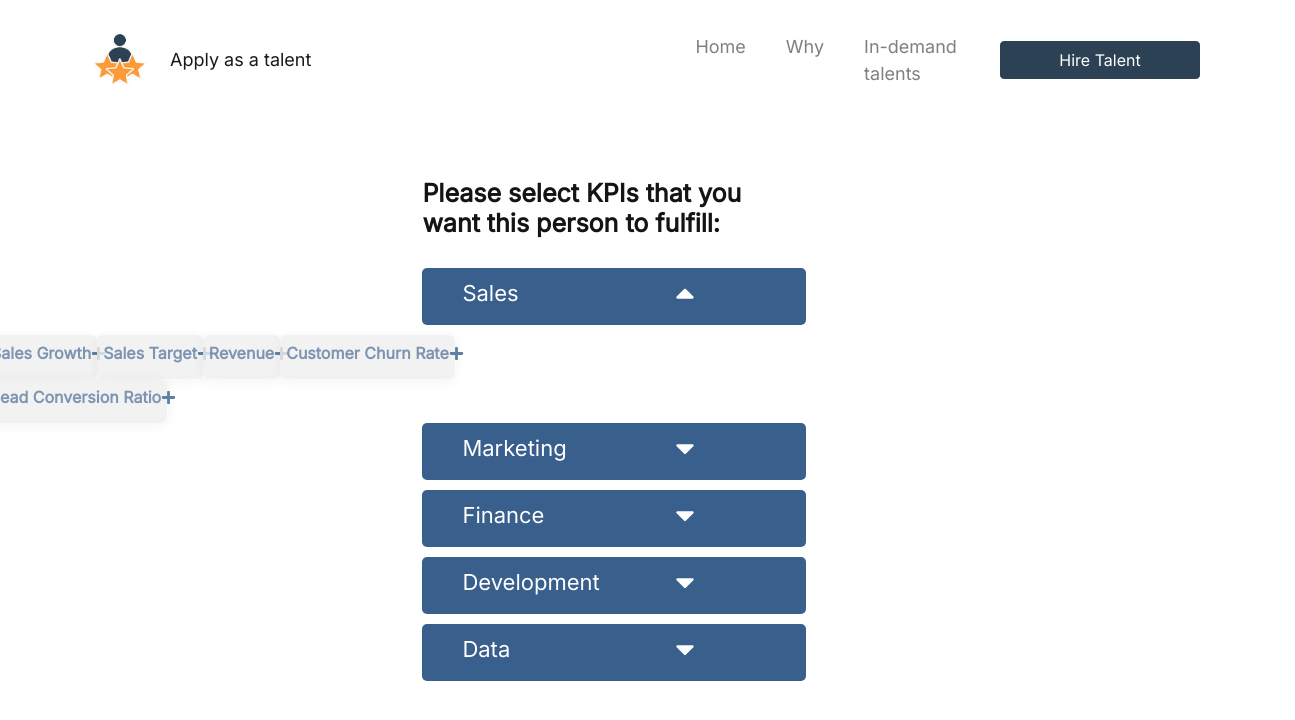
Repository: Ashwe9/talent-hire-reactJs
Page: /kpis, after clicking the first element matching `div.dropdown-box`
These files come from the project's save history. The page is drawn as it stood at one moment and after the next save; the edit follows.
The browser window is 1280 px wide. The page is 1295 px wide, so the pictures cover 1295 px, including what lies to the right of the window. The pictures show the whole page.
The project was rebuilt for these pictures with package versions that can differ from the ones it lists, and the page was loaded fresh each time. A package was used in the major version that the imports need, not the one package.json lists. Also part of the build but not shown: src/homePage/components/TrustedBy/TrustedBy.css, src/homePage/components/TrustedBy/TrustedBy.js, src/homePage/components/Roles/Roles.css, src/homePage/components/Roles/Roles.js, src/homePage/components/homePageFooter/HomePageFooter.css, src/homePage/components/homePageFooter/HomePageFooter.js, src/homePage/HomePage.js, src/projectDetails/ProjectDetails.js.

Above is the page before, as saved 2022-08-18 17:23:27.

After the next save:
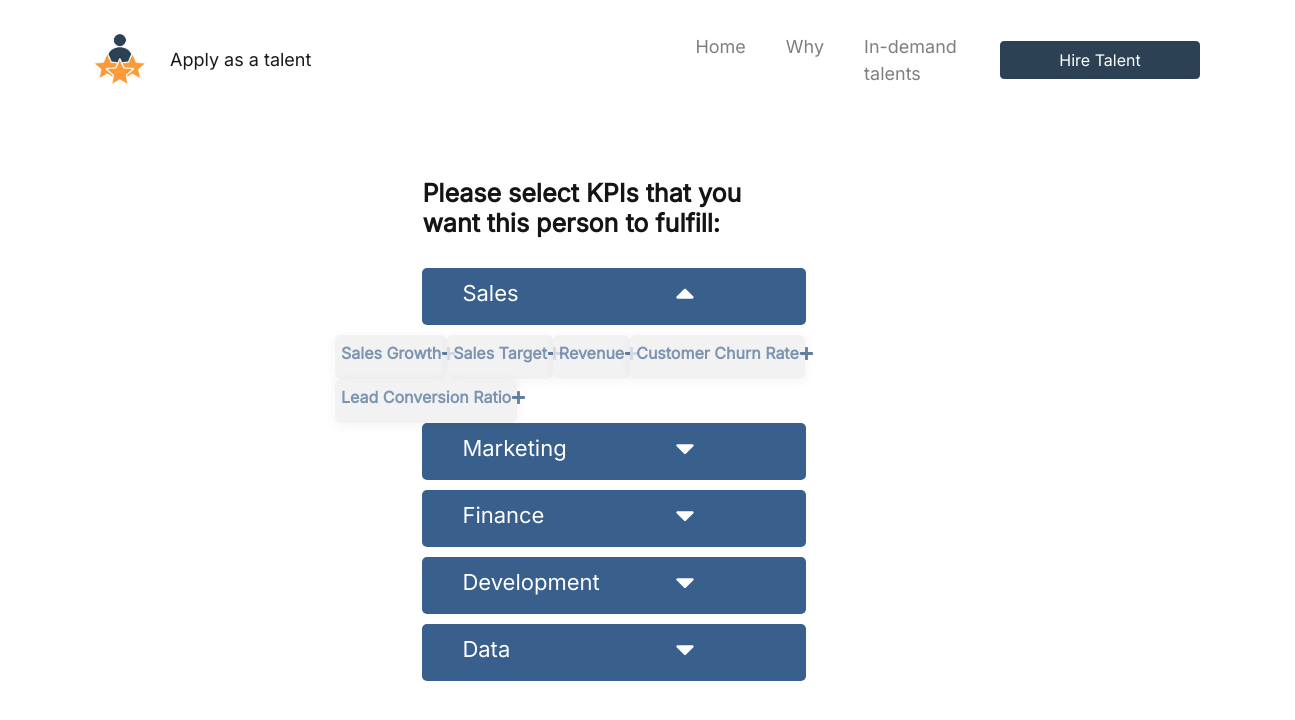
Saved 28 s later.
--- a/src/kpisPage/Talents.css
+++ b/src/kpisPage/Talents.css
@@ -1,6 +1,5 @@
-.talent-box{
+.talents-box{
     margin-left: 350px;
-    width: fit-content;
 }
 
 .talent-item-active{
